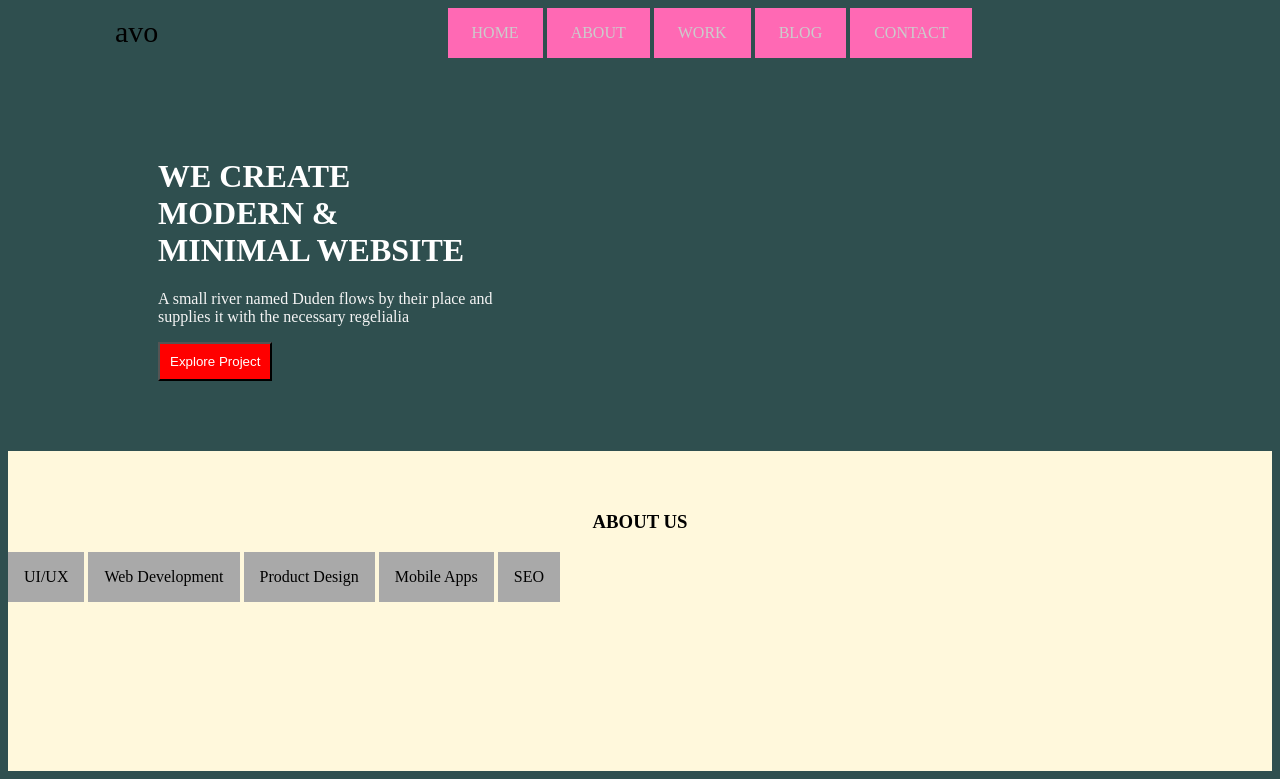
Repository: Tobby004/AVO-Template
Page: avo.html
These files come from the project's save history. The page is drawn as it stood at one moment and after the next save; the edit follows.
The browser window is 1280 px wide. The pictures show the whole page.

Above is the page before, as saved 2023-03-29 09:57:09.

### avo.html
<!DOCTYPE html>
<html lang="en">
<head>
    <meta charset="UTF-8">
    <meta http-equiv="X-UA-Compatible" content="IE=edge">
    <meta name="viewport" content="width=device-width, initial-scale=1.0">
    <title>AVO-Template</title>
    <link rel="stylesheet" href="avo.css">
</head>
<body>
    <div class="logo">avo</div>
    <nav>
        <ul>
            <li><a href="#">HOME</a></li>
            <li><a href="#">ABOUT</a></li>
            <li><a href="#">WORK</a></li>
            <li><a href="#">BLOG</a></li>
            <li><a href="#">CONTACT</a></li>
        </ul>
    </nav>
    <main>
        <h1>WE CREATE <br>MODERN & <br> MINIMAL WEBSITE</h1>
        <p>A small river named Duden flows by their place and <br>supplies it with the necessary regelialia </p>
        <input type="button" value="Explore Project">
    </main>
    <section>
        <h3>ABOUT US</h3>
        <div>UI/UX</div>
        <div>Web Development</div>
        <div>Product Design</div>
        <div>Mobile Apps</div>
        <div>SEO</div>
    </section>
</body>
</html>

### avo.css
* {
    box-sizing: border-box;
}
body {
    background: darkslategrey;
}
.logo {
  font-size: 30px;
  position: absolute;
  padding: 7px;
  margin-left: 100px;
}
nav ul {
    margin: auto;
    text-align:center;
    margin-left: 100px;
}
nav li {
    display: inline-flex;
}
nav a {
text-decoration: none;
padding: 1rem 1.5rem;
background: hotpink;
color: #ccc;
}
h1 {
    color: white;
    margin-left: 150px;
    margin-top: 100px;
}
main p {
    color: whitesmoke;
    margin-left: 150px;
}
input[type="button"] {
    padding: 10px;
    color: white;
    background: red;
    margin-left: 150px;
}
section {
    height: 320px;
    background: cornsilk;
    margin-top: 70px;
}
 h3 {
    text-align: center;
    padding-top:  60px;
}
section div {
    display: inline-block;
    padding: 1rem;
    background: darkgray;
    margin-left: auto;
    margin-right: auto;
}

After the next save:
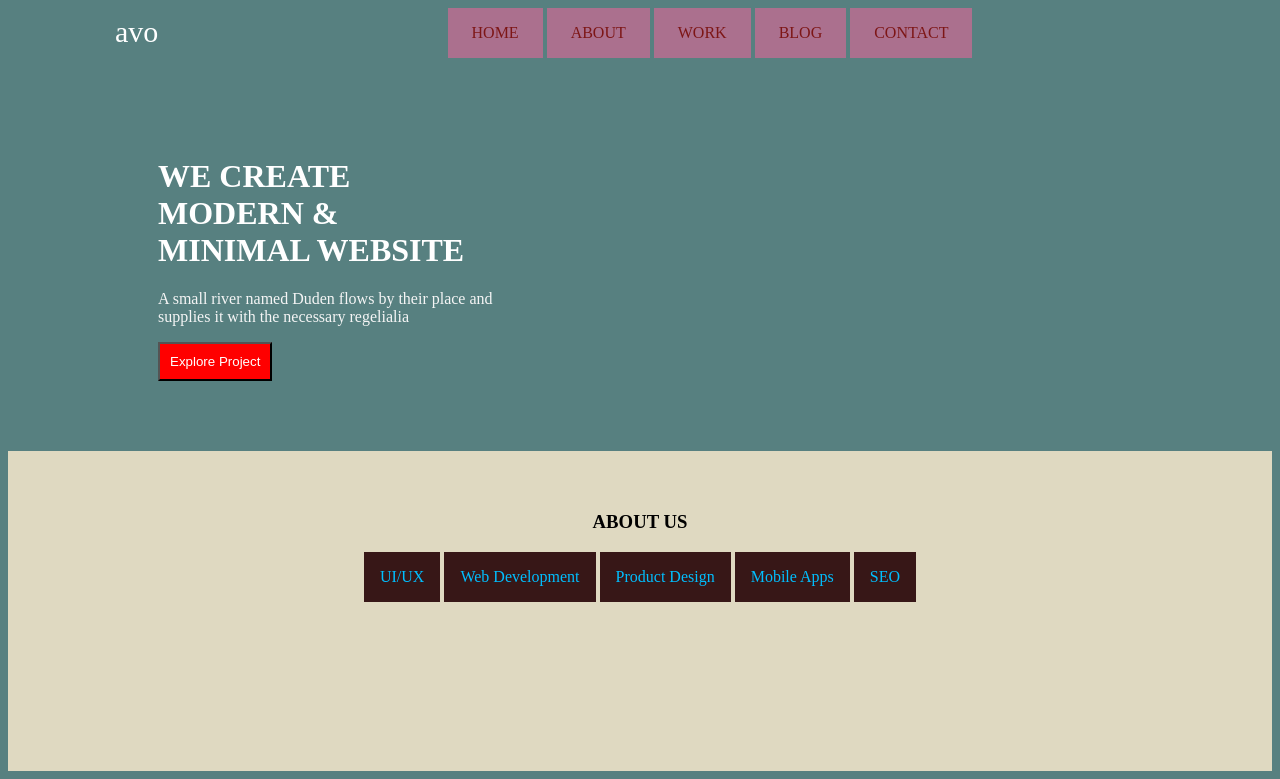
Saved 6 min 5 s later.
--- a/avo.css
+++ b/avo.css
@@ -2,12 +2,13 @@
     box-sizing: border-box;
 }
 body {
-    background: darkslategrey;
+    background: rgb(87, 128, 128);
 }
 .logo {
   font-size: 30px;
   position: absolute;
   padding: 7px;
+  color: white;
   margin-left: 100px;
 }
 nav ul {
@@ -21,8 +22,8 @@ nav li {
 nav a {
 text-decoration: none;
 padding: 1rem 1.5rem;
-background: hotpink;
-color: #ccc;
+background: rgb(171, 112, 142);
+color: #7d1616;
 }
 h1 {
     color: white;
@@ -41,8 +42,9 @@ input[type="button"] {
 }
 section {
     height: 320px;
-    background: cornsilk;
+    background: rgb(223, 217, 193);
     margin-top: 70px;
+    text-align: center;
 }
  h3 {
     text-align: center;
@@ -51,7 +53,6 @@ section {
 section div {
     display: inline-block;
     padding: 1rem;
-    background: darkgray;
-    margin-left: auto;
-    margin-right: auto;
+    background: rgb(55, 23, 23);
+   color: deepskyblue;
 }
